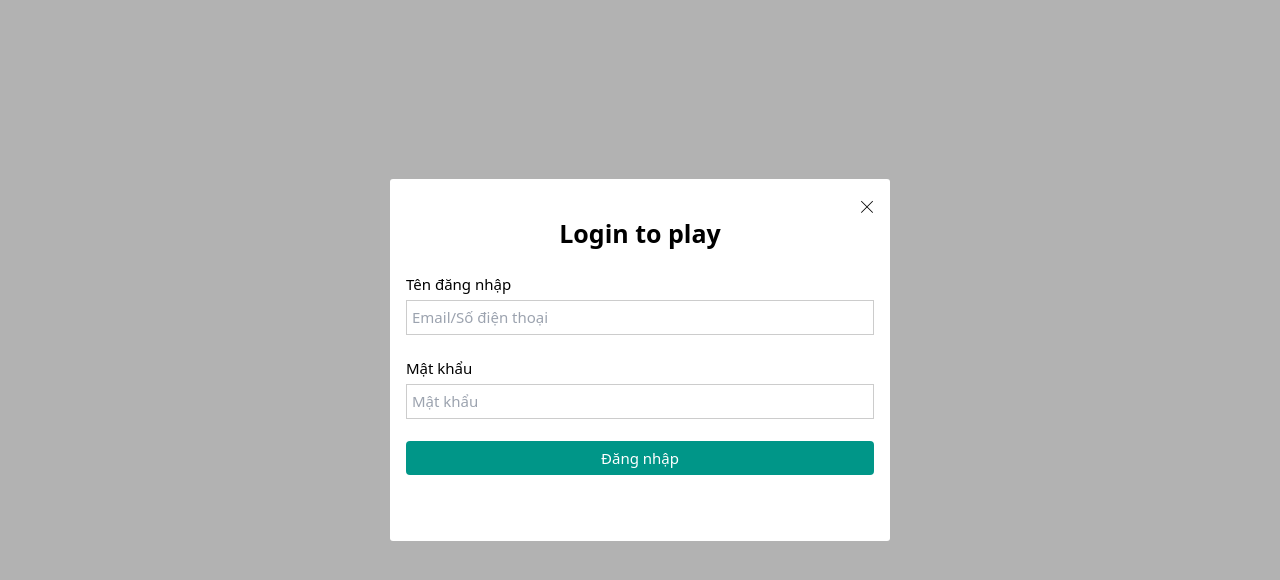
Repository: Teddy1705/demo_pj
Page: /
The author's editor kept a copy of each file at every save. The page is drawn from the files as they stood at one save, then again after the next save.
The browser window is 1280 px wide. The pictures show the whole page.
The project was rebuilt for these pictures with package versions that can differ from the ones it lists, and the page was loaded fresh each time. Also part of the build but not shown: vite.config.js.

Above is the page before, as saved 2024-04-16 10:29:50.

### index.html
<!DOCTYPE html>
<html lang="en">
  <head>
    <meta charset="UTF-8" />
    <link rel="icon" type="image/svg+xml" href="/vite.svg" />
    <meta name="viewport" content="width=device-width, initial-scale=1.0" />
    <title>Tic Tac Toe</title>
    <link rel="stylesheet" href="./src/index.css" />
    <link
      rel="stylesheet"
      href="./src/assets/themify-icons/themify-icons.css"
    />
  </head>
  <body>
    <div id="root"></div>
    <script type="module" src="/src/main.jsx"></script>
  </body>
</html>

### src/index.css
:root {
  --white-color: #fff;
  --black-color: #000;
}

/*
1. Prevent padding and border from affecting element width. (https://github.com/mozdevs/cssremedy/issues/4)
2. Allow adding a border to an element by just adding a border-width. (https://github.com/tailwindcss/tailwindcss/pull/116)
*/

*,
::before,
::after {
  box-sizing: border-box;
  /* 1 */
  border-width: 0;
  /* 2 */
  border-style: solid;
  /* 2 */
  border-color: #e5e7eb;
  /* 2 */
}

::before,
::after {
  --tw-content: "";
}

/*
1. Use a consistent sensible line-height in all browsers.
2. Prevent adjustments of font size after orientation changes in iOS.
3. Use a more readable tab size.
4. Use the user's configured `sans` font-family by default.
5. Use the user's configured `sans` font-feature-settings by default.
6. Use the user's configured `sans` font-variation-settings by default.
7. Disable tap highlights on iOS
*/

html,
:host {
  line-height: 1.5;
  /* 1 */
  -webkit-text-size-adjust: 100%;
  /* 2 */
  -moz-tab-size: 4;
  /* 3 */
  -o-tab-size: 4;
  tab-size: 4;
  /* 3 */
  font-family: ui-sans-serif, system-ui, sans-serif, "Apple Color Emoji",
    "Segoe UI Emoji", "Segoe UI Symbol", "Noto Color Emoji";
  /* 4 */
  font-feature-settings: normal;
  /* 5 */
  font-variation-settings: normal;
  /* 6 */
  -webkit-tap-highlight-color: transparent;
  /* 7 */
}

/*
1. Remove the margin in all browsers.
2. Inherit line-height from `html` so users can set them as a class directly on the `html` element.
*/

body {
  margin: 0;
  /* 1 */
  line-height: inherit;
  /* 2 */
}

/*
1. Add the correct height in Firefox.
2. Correct the inheritance of border color in Firefox. (https://bugzilla.mozilla.org/show_bug.cgi?id=190655)
3. Ensure horizontal rules are visible by default.
*/

hr {
  height: 0;
  /* 1 */
  color: inherit;
  /* 2 */
  border-top-width: 1px;
  /* 3 */
}

/*
Add the correct text decoration in Chrome, Edge, and Safari.
*/

abbr:where([title]) {
  -webkit-text-decoration: underline dotted;
  text-decoration: underline dotted;
}

/*
Remove the default font size and weight for headings.
*/

h1,
h2,
h3,
h4,
h5,
h6 {
  font-size: inherit;
  font-weight: inherit;
}

/*
Reset links to optimize for opt-in styling instead of opt-out.
*/

a {
  color: inherit;
  text-decoration: inherit;
}

/*
Add the correct font weight in Edge and Safari.
*/

b,
strong {
  font-weight: bolder;
}

/*
1. Use the user's configured `mono` font-family by default.
2. Use the user's configured `mono` font-feature-settings by default.
3. Use the user's configured `mono` font-variation-settings by default.
4. Correct the odd `em` font sizing in all browsers.
*/

code,
kbd,
samp,
pre {
  font-family: ui-monospace, SFMono-Regular, Menlo, Monaco, Consolas,
    "Liberation Mono", "Courier New", monospace;
  /* 1 */
  font-feature-settings: normal;
  /* 2 */
  font-variation-settings: normal;
  /* 3 */
  font-size: 1em;
  /* 4 */
}

/*
Add the correct font size in all browsers.
*/

small {
  font-size: 80%;
}

/*
Prevent `sub` and `sup` elements from affecting the line height in all browsers.
*/

sub,
sup {
  font-size: 75%;
  line-height: 0;
  position: relative;
  vertical-align: baseline;
}

sub {
  bottom: -0.25em;
}

sup {
  top: -0.5em;
}

/*
1. Remove text indentation from table contents in Chrome and Safari. (https://bugs.chromium.org/p/chromium/issues/detail?id=999088, https://bugs.webkit.org/show_bug.cgi?id=201297)
2. Correct table border color inheritance in all Chrome and Safari. (https://bugs.chromium.org/p/chromium/issues/detail?id=935729, https://bugs.webkit.org/show_bug.cgi?id=195016)
3. Remove gaps between table borders by default.
*/

table {
  text-indent: 0;
  /* 1 */
  border-color: inherit;
  /* 2 */
  border-collapse: collapse;
  /* 3 */
}

/*
1. Change the font styles in all browsers.
2. Remove the margin in Firefox and Safari.
3. Remove default padding in all browsers.
*/

button,
input,
optgroup,
select,
textarea {
  font-family: inherit;
  /* 1 */
  font-feature-settings: inherit;
  /* 1 */
  font-variation-settings: inherit;
  /* 1 */
  font-size: 100%;
  /* 1 */
  font-weight: inherit;
  /* 1 */
  line-height: inherit;
  /* 1 */
  letter-spacing: inherit;
  /* 1 */
  color: inherit;
  /* 1 */
  margin: 0;
  /* 2 */
  padding: 0;
  /* 3 */
}

/*
Remove the inheritance of text transform in Edge and Firefox.
*/

button,
select {
  text-transform: none;
}

/*
1. Correct the inability to style clickable types in iOS and Safari.
2. Remove default button styles.
*/

button,
input:where([type="button"]),
input:where([type="reset"]),
input:where([type="submit"]) {
  -webkit-appearance: button;
  /* 1 */
  background-color: transparent;
  /* 2 */
  background-image: none;
  /* 2 */
}

/*
Use the modern Firefox focus style for all focusable elements.
*/

:-moz-focusring {
  outline: auto;
}

/*
Remove the additional `:invalid` styles in Firefox. (https://github.com/mozilla/gecko-dev/blob/2f9eacd9d3d995c937b4251a5557d95d494c9be1/layout/style/res/forms.css#L728-L737)
*/

:-moz-ui-invalid {
  box-shadow: none;
}

/*
Add the correct vertical alignment in Chrome and Firefox.
*/

progress {
  vertical-align: baseline;
}

/*
Correct the cursor style of increment and decrement buttons in Safari.
*/

::-webkit-inner-spin-button,
::-webkit-outer-spin-button {
  height: auto;
}

/*
1. Correct the odd appearance in Chrome and Safari.
2. Correct the outline style in Safari.
*/

[type="search"] {
  -webkit-appearance: textfield;
  /* 1 */
  outline-offset: -2px;
  /* 2 */
}

/*
Remove the inner padding in Chrome and Safari on macOS.
*/

::-webkit-search-decoration {
  -webkit-appearance: none;
}

/*
1. Correct the inability to style clickable types in iOS and Safari.
2. Change font properties to `inherit` in Safari.
*/

::-webkit-file-upload-button {
  -webkit-appearance: button;
  /* 1 */
  font: inherit;
  /* 2 */
}

/*
Add the correct display in Chrome and Safari.
*/

summary {
  display: list-item;
}

/*
Removes the default spacing and border for appropriate elements.
*/

blockquote,
dl,
dd,
h1,
h2,
h3,
h4,
h5,
h6,
hr,
figure,
p,
pre {
  margin: 0;
}

fieldset {
  margin: 0;
  padding: 0;
}

legend {
  padding: 0;
}

ol,
ul,
menu {
  list-style: none;
  margin: 0;
  padding: 0;
}

/*
Reset default styling for dialogs.
*/

dialog {
  padding: 0;
}

/*
Prevent resizing textareas horizontally by default.
*/

textarea {
  resize: vertical;
}

/*
1. Reset the default placeholder opacity in Firefox. (https://github.com/tailwindlabs/tailwindcss/issues/3300)
2. Set the default placeholder color to the user's configured gray 400 color.
*/

input::-moz-placeholder,
textarea::-moz-placeholder {
  opacity: 1;
  /* 1 */
  color: #9ca3af;
  /* 2 */
}

input::placeholder,
textarea::placeholder {
  opacity: 1;
  /* 1 */
  color: #9ca3af;
  /* 2 */
}

/*
Set the default cursor for buttons.
*/

button,
[role="button"] {
  cursor: pointer;
}

/*
Make sure disabled buttons don't get the pointer cursor.
*/

:disabled {
  cursor: default;
}

/*
1. Make replaced elements `display: block` by default. (https://github.com/mozdevs/cssremedy/issues/14)
2. Add `vertical-align: middle` to align replaced elements more sensibly by default. (https://github.com/jensimmons/cssremedy/issues/14#issuecomment-634934210)
   This can trigger a poorly considered lint error in some tools but is included by design.
*/

img,
svg,
video,
canvas,
audio,
iframe,
embed,
object {
  display: block;
  /* 1 */
  vertical-align: middle;
  /* 2 */
}

/*
Constrain images and videos to the parent width and preserve their intrinsic aspect ratio. (https://github.com/mozdevs/cssremedy/issues/14)
*/

img,
video {
  max-width: 100%;
  height: auto;
}

/* Make elements with the HTML hidden attribute stay hidden by default */

[hidden] {
  display: none;
}

*,
::before,
::after {
  --tw-border-spacing-x: 0;
  --tw-border-spacing-y: 0;
  --tw-translate-x: 0;
  --tw-translate-y: 0;
  --tw-rotate: 0;
  --tw-skew-x: 0;
  --tw-skew-y: 0;
  --tw-scale-x: 1;
  --tw-scale-y: 1;
  --tw-pan-x: ;
  --tw-pan-y: ;
  --tw-pinch-zoom: ;
  --tw-scroll-snap-strictness: proximity;
  --tw-gradient-from-position: ;
  --tw-gradient-via-position: ;
  --tw-gradient-to-position: ;
  --tw-ordinal: ;
  --tw-slashed-zero: ;
  --tw-numeric-figure: ;
  --tw-numeric-spacing: ;
  --tw-numeric-fraction: ;
  --tw-ring-inset: ;
  --tw-ring-offset-width: 0px;
  --tw-ring-offset-color: #fff;
  --tw-ring-color: rgb(59 130 246 / 0.5);
  --tw-ring-offset-shadow: 0 0 #0000;
  --tw-ring-shadow: 0 0 #0000;
  --tw-shadow: 0 0 #0000;
  --tw-shadow-colored: 0 0 #0000;
  --tw-blur: ;
  --tw-brightness: ;
  --tw-contrast: ;
  --tw-grayscale: ;
  --tw-hue-rotate: ;
  --tw-invert: ;
  --tw-saturate: ;
  --tw-sepia: ;
  --tw-drop-shadow: ;
  --tw-backdrop-blur: ;
  --tw-backdrop-brightness: ;
  --tw-backdrop-contrast: ;
  --tw-backdrop-grayscale: ;
  --tw-backdrop-hue-rotate: ;
  --tw-backdrop-invert: ;
  --tw-backdrop-opacity: ;
  --tw-backdrop-saturate: ;
  --tw-backdrop-sepia: ;
  --tw-contain-size: ;
  --tw-contain-layout: ;
  --tw-contain-paint: ;
  --tw-contain-style: ;
}

::backdrop {
  --tw-border-spacing-x: 0;
  --tw-border-spacing-y: 0;
  --tw-translate-x: 0;
  --tw-translate-y: 0;
  --tw-rotate: 0;
  --tw-skew-x: 0;
  --tw-skew-y: 0;
  --tw-scale-x: 1;
  --tw-scale-y: 1;
  --tw-pan-x: ;
  --tw-pan-y: ;
  --tw-pinch-zoom: ;
  --tw-scroll-snap-strictness: proximity;
  --tw-gradient-from-position: ;
  --tw-gradient-via-position: ;
  --tw-gradient-to-position: ;
  --tw-ordinal: ;
  --tw-slashed-zero: ;
  --tw-numeric-figure: ;
  --tw-numeric-spacing: ;
  --tw-numeric-fraction: ;
  --tw-ring-inset: ;
  --tw-ring-offset-width: 0px;
  --tw-ring-offset-color: #fff;
  --tw-ring-color: rgb(59 130 246 / 0.5);
  --tw-ring-offset-shadow: 0 0 #0000;
  --tw-ring-shadow: 0 0 #0000;
  --tw-shadow: 0 0 #0000;
  --tw-shadow-colored: 0 0 #0000;
  --tw-blur: ;
  --tw-brightness: ;
  --tw-contrast: ;
  --tw-grayscale: ;
  --tw-hue-rotate: ;
  --tw-invert: ;
  --tw-saturate: ;
  --tw-sepia: ;
  --tw-drop-shadow: ;
  --tw-backdrop-blur: ;
  --tw-backdrop-brightness: ;
  --tw-backdrop-contrast: ;
  --tw-backdrop-grayscale: ;
  --tw-backdrop-hue-rotate: ;
  --tw-backdrop-invert: ;
  --tw-backdrop-opacity: ;
  --tw-backdrop-saturate: ;
  --tw-backdrop-sepia: ;
  --tw-contain-size: ;
  --tw-contain-layout: ;
  --tw-contain-paint: ;
  --tw-contain-style: ;
}

#modal {
  position: fixed;
  top: 0;
  right: 0;
  bottom: 0;
  left: 0;
  display: flex;
  align-items: center;
  justify-content: center;
}

#modal .modal__overlay {
  position: absolute;
  width: 100%;
  height: 100%;
  background-color: rgba(0, 0, 0, 0.3);
}

#modal .modal__body {
  position: relative;
  background-color: var(--white-color);
  margin: auto;
  width: 500px;
  min-height: 300px;
  padding: 16px;
  border-radius: 3px;
}

.auth-form {
}

.auth-form__heading {
  font-size: 25px;
  font-weight: 700;
  text-align: center;
  margin: 20px 0;
}

.auth-form__close {
  position: absolute;
  top: 0;
  right: 0;
  font-size: 14px;
  padding: 18px 16px;
}

.auth-form__close:hover {
  background-color: #ccc;
  cursor: pointer;
}

.auth-form__info {
}

.auth-form__info-details {
}

.auth-form__label {
  display: block;
  font-size: 15px;
  font-weight: 500;
}

.auth-form__info-input {
  border: 1px solid #ccc;
  width: 100%;
  font-size: 15px;
  padding: 5px;
  margin: 5px 0 22px;
}

.auth-form__btn {
  width: 100%;
  background-color: #009688;
  color: #fff;
  font-size: 15px;
  padding: 6px;
  border-radius: 4px;
  margin-bottom: 50px;
}

### src/main.jsx
import React from "react";
import ReactDOM from "react-dom/client";
import App from "./App.jsx";
import { createBrowserRouter, RouterProvider } from "react-router-dom";
import Root from "./routes/root";
import "./index.css";

const router = createBrowserRouter([
  {
    path: "/",
    element: <Root />,
  },
]);

ReactDOM.createRoot(document.getElementById("root")).render(
  <React.StrictMode>
    <RouterProvider router={router} />
    <App />
  </React.StrictMode>
);

### src/routes/root.jsx
export default function Root() {
  return (
    <>
      <div id="modal">
        <div className="modal__overlay"></div>
        <div className="modal__body">
          <div className="auth-form">
            <h1 className="auth-form__heading">Login to play</h1>
            <div className="auth-form__close">
              <i className="ti-close"></i>
            </div>
            <div className="auth-form__info">
              <div className="auth-form__info-details">
                <label htmlFor="" className="auth-form__label">
                  Tên đăng nhập
                </label>
                <input
                  type="text"
                  className="auth-form__info-input"
                  placeholder="Email/Số điện thoại"
                />
              </div>
              <div className="auth-form__info-details">
                <label htmlFor="" className="auth-form__label">
                  Mật khẩu
                </label>
                <input
                  type="password"
                  className="auth-form__info-input"
                  placeholder="Mật khẩu"
                />
              </div>
            </div>
            <button className="auth-form__btn">
              <a
                href={`https://codesandbox.io/s/q2z497?file=%2Fsrc%2FApp.js&utm_medium=sandpack`}
                className=""
              >
                Đăng nhập
              </a>
            </button>
          </div>
        </div>
      </div>
      <div id="detail"></div>
    </>
  );
}

Loaded but not shown: src/assets/themify-icons/themify-icons.css (common file); src/App.jsx (common file)

After the next save:
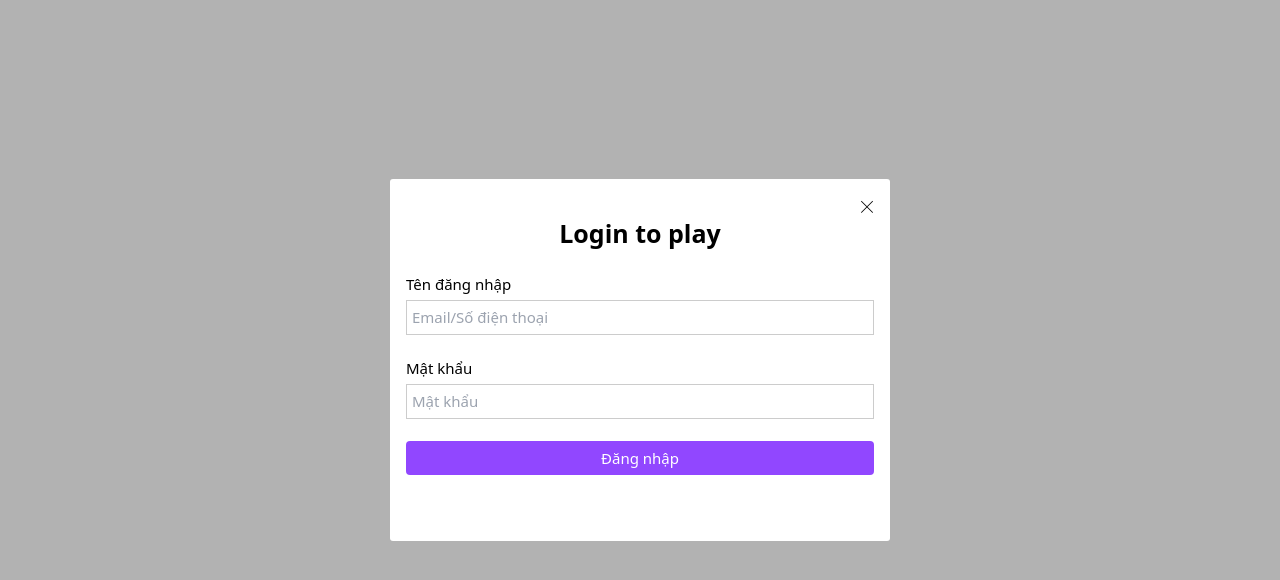
Saved 88 s later.
--- a/src/index.css
+++ b/src/index.css
@@ -633,7 +633,7 @@ video {
 
 .auth-form__btn {
   width: 100%;
-  background-color: #009688;
+  background-color: #9147ff;
   color: #fff;
   font-size: 15px;
   padding: 6px;
